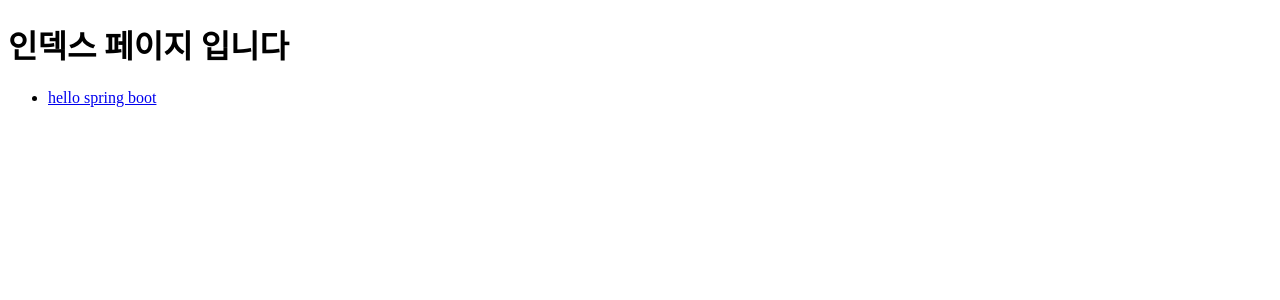
Repository: catfishlove/spring
Page: Boot02_Controller/src/main/resources/static/index.html
The author's editor kept a copy of each file at every save. The page is drawn from the files as they stood at one save, then again after the next save.
The browser window is 1280 px wide. The pictures show the whole page.

Above is the page before, as saved 2024-06-28 08:21:15.

After the next save:
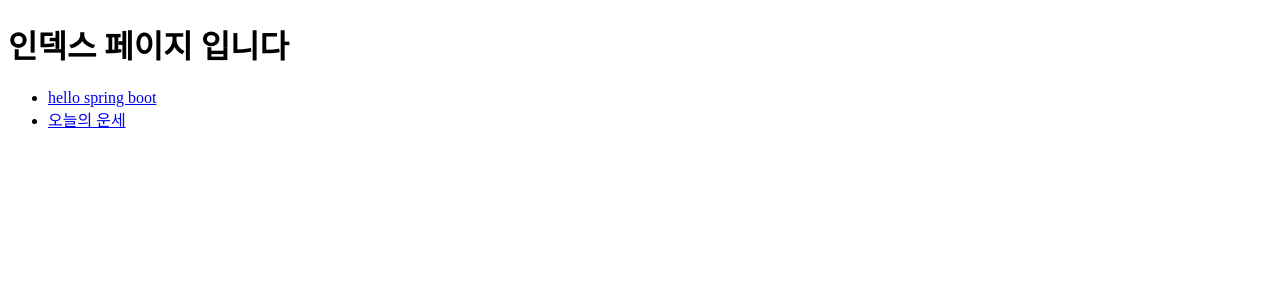
Saved 2 min 12 s later.
--- a/Boot02_Controller/src/main/resources/static/index.html
+++ b/Boot02_Controller/src/main/resources/static/index.html
@@ -9,6 +9,7 @@
 		<h1>인덱스 페이지 입니다</h1>
 		<ul>
 			<li><a href="/boot02/hello">hello spring boot</a></li>
+			<li><a href="/boot02/fortune">오늘의 운세</a></li>
 		</ul>
 	</div>
 </body>
